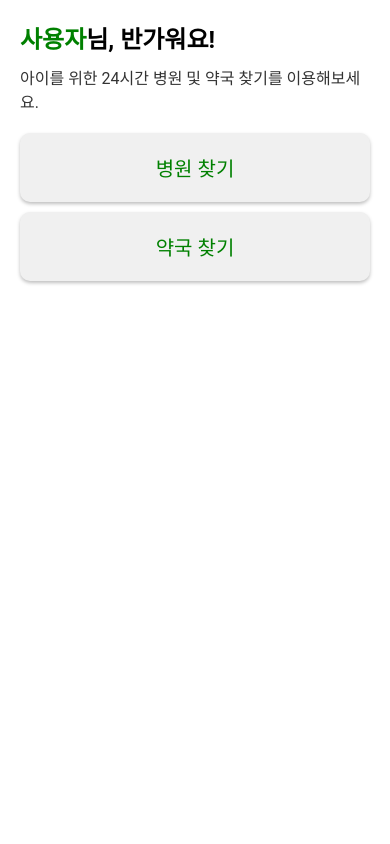
Repository: Sesac-icare/FrontEndiCare
Screen: / (app in iCare/)
An editor plug-in stored every save of this project. The screen is shown before and after the next save, followed by the edit.
The app was drawn by React Native's web renderer in a window 390 px wide. The project was rebuilt for these pictures with package versions that can differ from the ones it lists, and the page was loaded fresh each time. Some packages were replaced by stand-ins written for this rebuild.

Above is the screen before, as saved 2025-02-04 16:02:05.

### iCare/index.js
import { registerRootComponent } from "expo";

import App from "./App";

// registerRootComponent calls AppRegistry.registerComponent('main', () => App);
// It also ensures that whether you load the app in Expo Go or in a native build,
// the environment is set up appropriately
registerRootComponent(App);

// import { AppRegistry } from "react-native";
// import App from "./src/App";
// import { iCare } from "./app.json";

// import appConfig from "./app.json";

// const appName = appConfig.expo.name;

// AppRegistry.registerComponent(appName, () => App);

### iCare/App.js
// import { StatusBar } from "expo-status-bar";
// import { StyleSheet, Text, View } from "react-native";

// export default function App() {
//   return (
//     <View style={styles.container}>
//       <Text>Open up App.js to start working on your app!</Text>
//       <StatusBar style="auto" />
//     </View>
//   );
// }

// const styles = StyleSheet.create({
//   container: {
//     flex: 1,
//     backgroundColor: "#fff",
//     alignItems: "center",
//     justifyContent: "center"
//   }
// });
//__________________________________________________________
// import App from "./src/App";
// import { StatusBar } from "expo-status-bar";
// import React from "react";
// import {Text} from 'react-native';

// export default function App() {
//   return (
//     <>
//     <View style={styles.container}>
//       <Text>Open up App.js to start working on your app!</Text>
//       <StatusBar style="auto" />
//     </View>
//     </>
//   );
// }

// export default App;

import React, { useCallback } from "react";
import {
  View,
  Text,
  StyleSheet,
  Platform,
  TouchableOpacity
} from "react-native";
import * as SplashScreen from "expo-splash-screen";
import * as Font from "expo-font";

// 스플래시 스크린 유지
SplashScreen.preventAutoHideAsync();

export default function App() {
  const [fontsLoaded] = Font.useFonts({
    // 임시로 시스템 폰트를 사용하거나, 폰트 로딩을 제거
    // NotoSansKR: require("./assets/fonts/NotoSansKR-Regular.otf")
  });

  const onLayoutRootView = useCallback(async () => {
    if (fontsLoaded) {
      await SplashScreen.hideAsync();
    }
  }, [fontsLoaded]);

  if (!fontsLoaded) {
    return null;
  }

  return (
    <View style={styles.container} onLayout={onLayoutRootView}>
      <View style={styles.titleContainer}>
        <Text
          style={[
            styles.titleGreen,
            { fontFamily: Platform.OS === "ios" ? "System" : "Roboto" }
          ]}
        >
          사용자
        </Text>
        <Text
          style={[
            styles.title,
            { fontFamily: Platform.OS === "ios" ? "System" : "Roboto" }
          ]}
        >
          님, 반가워요!
        </Text>
      </View>
      <Text
        style={[
          styles.subtitle,
          { fontFamily: Platform.OS === "ios" ? "System" : "Roboto" }
        ]}
      >
        아이를 위한 24시간 병원 및 약국 찾기를 이용해보세요.
      </Text>
      <TouchableOpacity
        style={styles.button}
        onPress={() => {
          // 병원 찾기 기능 추가 예정
          console.log("병원 찾기 클릭됨");
        }}
      >
        <Text
          style={[
            styles.buttonText,
            { fontFamily: Platform.OS === "ios" ? "System" : "Roboto" }
          ]}
        >
          병원 찾기
        </Text>
      </TouchableOpacity>
      <TouchableOpacity
        style={styles.button}
        onPress={() => {
          // 약국 찾기 기능 추가 예정
          console.log("약국 찾기 클릭됨");
        }}
      >
        <Text
          style={[
            styles.buttonText,
            { fontFamily: Platform.OS === "ios" ? "System" : "Roboto" }
          ]}
        >
          약국 찾기
        </Text>
      </TouchableOpacity>
    </View>
  );
}

const styles = StyleSheet.create({
  container: {
    flex: 1,
    backgroundColor: "#fff",
    padding: 20
  },
  titleContainer: {
    flexDirection: "row"
  },
  titleGreen: {
    fontSize: 24,
    fontWeight: "bold",
    color: "green"
    // fontFamily: "NotoSansKR" // 주석 처리
  },
  title: {
    fontSize: 24,
    fontWeight: "bold",
    color: "black",
    marginBottom: 10
    // fontFamily: "NotoSansKR" // 주석 처리
  },
  subtitle: {
    fontSize: 16,
    color: "#333",
    marginBottom: 20
    // fontFamily: "NotoSansKR" // 주석 처리
  },
  button: {
    backgroundColor: "#f0f0f0",
    padding: 20,
    width: "100%",
    borderRadius: 10,
    marginBottom: 10,
    alignItems: "center",
    elevation: 3, // Android 그림자
    shadowColor: "#000", // iOS 그림자
    shadowOffset: {
      width: 0,
      height: 2
    },
    shadowOpacity: 0.25,
    shadowRadius: 3.84
  },
  buttonText: {
    fontSize: 20,
    color: "green"
    // fontFamily: "NotoSansKR" // 주석 처리
  }
});

After the next save:
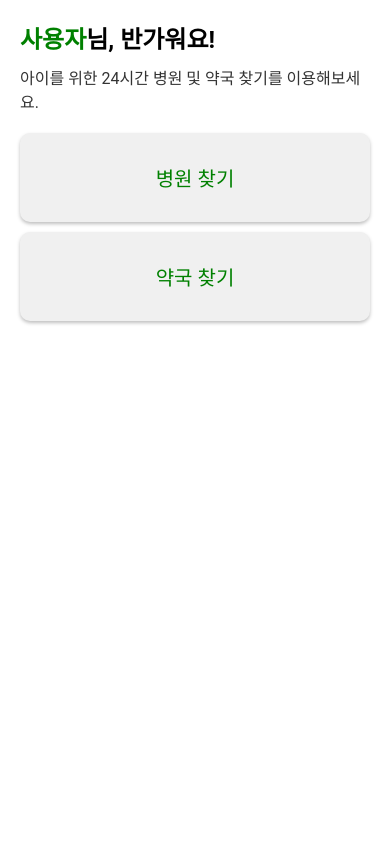
Saved 41 s later.
--- a/iCare/App.js
+++ b/iCare/App.js
@@ -161,7 +161,7 @@
   },
   button: {
     backgroundColor: "#f0f0f0",
-    padding: 20,
+    padding: 30,
     width: "100%",
     borderRadius: 10,
     marginBottom: 10,

After the save that followed:
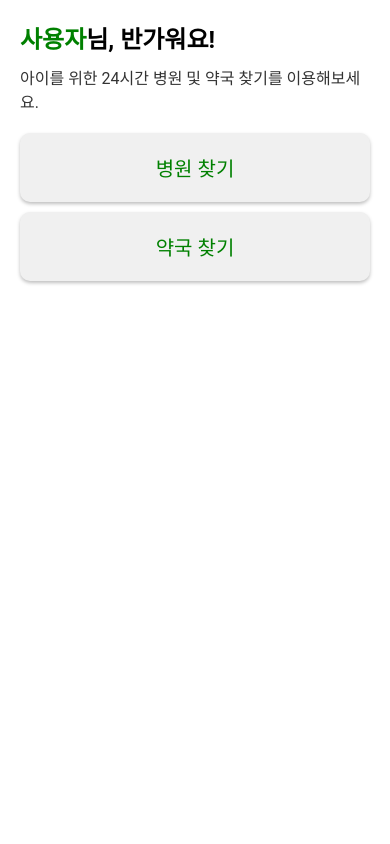
Saved 6 s later.
--- a/iCare/App.js
+++ b/iCare/App.js
@@ -161,7 +161,7 @@
   },
   button: {
     backgroundColor: "#f0f0f0",
-    padding: 30,
+    padding: 20,
     width: "100%",
     borderRadius: 10,
     marginBottom: 10,
